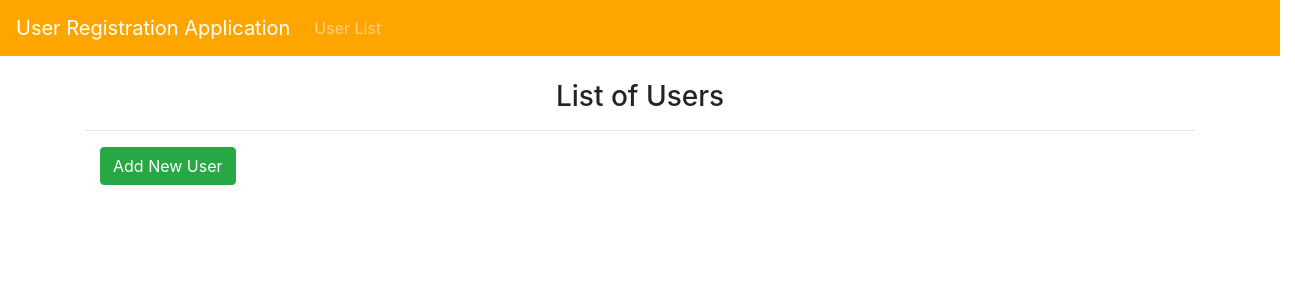
Repository: Malli120391/UserRegistrationSystemCrud
Page: http://localhost/UserRegistrationSystem/userlist.jsp
These files come from the project's save history. The page is drawn as it stood at one moment and after the next save; the edit follows.
The browser window is 1280 px wide. The page is 1295 px wide, so the pictures cover 1295 px, including what lies to the right of the window. The pictures show the whole page.
The page is served by Tomcat 9.

Above is the page before, as saved 2020-12-26 15:56:38.

After the next save:
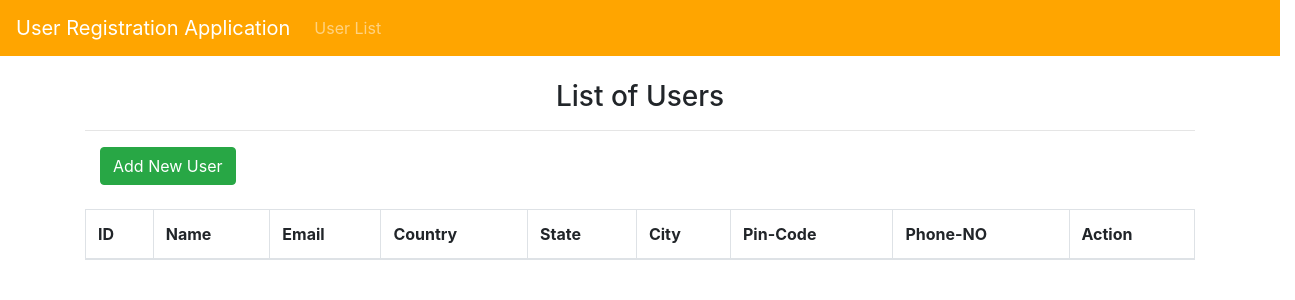
Saved 2 min 21 s later.
--- a/UserRegistrationSystem/WebContent/userlist.jsp
+++ b/UserRegistrationSystem/WebContent/userlist.jsp
@@ -41,7 +41,15 @@
        <table class="table table-bordered">
                 <thead>
                 <tr>
-
+                <th>ID</th>
+                <th>Name</th>
+                <th>Email</th>
+                <th>Country</th>
+                <th>State</th>
+                <th>City</th>
+                <th>Pin-Code</th>
+                <th>Phone-NO</th>
+                <th>Action</th>
                 </tr>
                 </thead>
 
